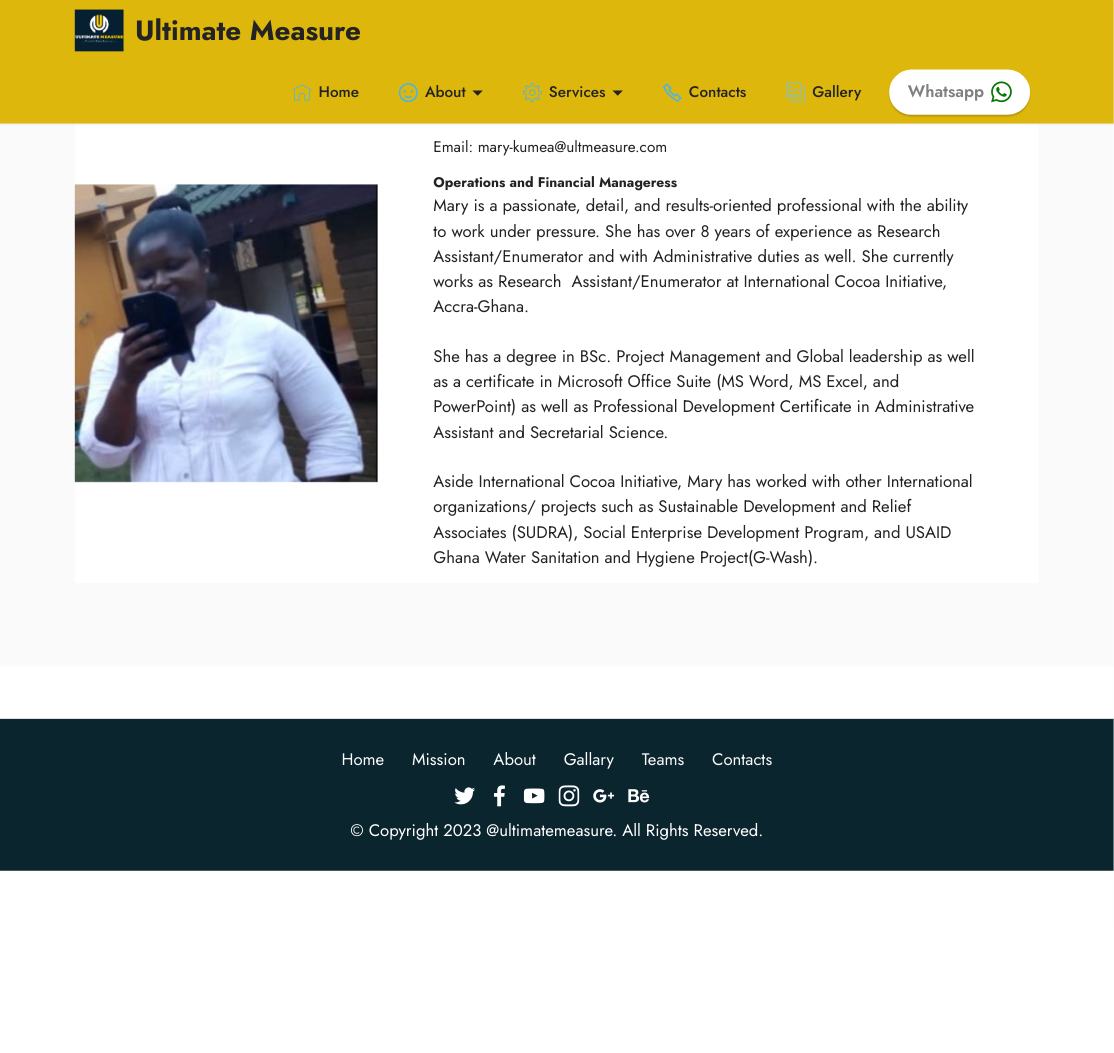
Repository: Saviour-Dagadu/ultMeasure
Page: page5.html
The author's editor kept a copy of each file at every save. The page is drawn from the files as they stood at one save, then again after a run of saves.
The browser window is 1280 px wide. The pictures show the whole page, at 87% of full size.

Above is the page before, as saved 2023-07-19 06:50:55.

### page5.html
<!DOCTYPE html>
<html  >
<head>
  <!-- Site made with Mobirise Website Builder v5.6.13, https://mobirise.com -->
  <meta charset="UTF-8">
  <meta http-equiv="X-UA-Compatible" content="IE=edge">
  <meta name="generator" content="Mobirise v5.6.13, mobirise.com">
  <meta name="twitter:card" content="summary_large_image"/>
  <meta name="twitter:image:src" content="">
  <meta property="og:image" content="">
  <meta name="twitter:title" content="UltimateMeasure_Mary_Profile">
  <meta name="viewport" content="width=device-width, initial-scale=1, minimum-scale=1">
  <link rel="shortcut icon" href="assets/images/ultimate-logo-1.jpeg" type="image/x-icon">
  <meta name="description" content="">


  <title>UltimateMeasure_Mary_Profile</title>
  <link rel="stylesheet" href="assets/web/assets/mobirise-icons2/mobirise2.css">
  <link rel="stylesheet" href="assets/web/assets/mobirise-icons/mobirise-icons.css">
  <link rel="stylesheet" href="assets/bootstrap/css/bootstrap.min.css">
  <link rel="stylesheet" href="assets/bootstrap/css/bootstrap-grid.min.css">
  <link rel="stylesheet" href="assets/bootstrap/css/bootstrap-reboot.min.css">
  <link rel="stylesheet" href="assets/animatecss/animate.css">
  <link rel="stylesheet" href="assets/dropdown/css/style.css">
  <link rel="stylesheet" href="assets/socicon/css/styles.css">
  <link rel="stylesheet" href="assets/theme/css/style.css">
  <link rel="preload" href="https://fonts.googleapis.com/css?family=Jost:100,200,300,400,500,600,700,800,900,100i,200i,300i,400i,500i,600i,700i,800i,900i&display=swap" as="style" onload="this.onload=null;this.rel='stylesheet'">
  <noscript><link rel="stylesheet" href="https://fonts.googleapis.com/css?family=Jost:100,200,300,400,500,600,700,800,900,100i,200i,300i,400i,500i,600i,700i,800i,900i&display=swap"></noscript>
  <link rel="preload" as="style" href="assets/mobirise/css/mbr-additional.css"><link rel="stylesheet" href="assets/mobirise/css/mbr-additional.css" type="text/css">




</head>
<body>

  <section data-bs-version="5.1" class="team2 cid-twdhNmODOZ" xmlns="http://www.w3.org/1999/html" id="team2-h">




    <div class="container">
        <div class="card">
            <div class="card-wrapper">
                <div class="row align-items-center">
                    <div class="col-12 col-md-4">
                        <div class="image-wrapper">
                            <img src="assets/images/mary-5.jpeg" alt="Mobirise Website Builder">
                        </div>
                    </div>
                    <div class="col-12 col-md">
                        <div class="card-box">
                            <h5 class="card-title mbr-fonts-style m-0 mb-3 display-5"><strong>Mary Kumea</strong></h5>
                            <h6 class="card-subtitle mbr-fonts-style mb-3 display-4">Email: mary-kumea@ultmeasure.com</h6>
<div><strong>Operations and Financial Manageress&nbsp;</strong></div></h6>
                            <p class="mbr-text mbr-fonts-style display-7">Mary is a passionate, detail, and results-oriented professional with the ability to work under pressure. She has over 8 years of experience as Research Assistant/Enumerator and with Administrative duties as well. She currently works as Research&nbsp; Assistant/Enumerator at International Cocoa Initiative, Accra-Ghana.&nbsp;<br><br>She has a degree in BSc. Project Management and Global leadership as well as a certificate in Microsoft Office Suite (MS Word, MS Excel, and PowerPoint) as well as Professional Development Certificate in Administrative Assistant and Secretarial Science.<br><br>Aside International Cocoa Initiative, Mary has worked with other International organizations/ projects such as Sustainable Development and Relief Associates (SUDRA), Social Enterprise Development Program, and USAID Ghana Water Sanitation and Hygiene Project(G-Wash).</p>

                        </div>
                    </div>
                </div>
            </div>
        </div>


    </div>
</section>

<section data-bs-version="5.1" class="menu menu2 cid-tyiJ5LKivl" once="menu" id="menu2-3p">

    <nav class="navbar navbar-dropdown navbar-fixed-top navbar-expand-lg">
        <div class="container">
            <div class="navbar-brand">
                <span class="navbar-logo">
                    <a href="index.html#header14-1f">
                        <img src="assets/images/ultimate-logo-1.jpeg" alt="Mobirise Website Builder" style="height: 3rem;">
                    </a>
                </span>
                <span class="navbar-caption-wrap"><a class="navbar-caption text-black text-primary display-5" href="index.html#header14-1f">Ultimate Measure<br></a></span>
            </div>
            <button class="navbar-toggler" type="button" data-toggle="collapse" data-bs-toggle="collapse" data-target="#navbarSupportedContent" data-bs-target="#navbarSupportedContent" aria-controls="navbarNavAltMarkup" aria-expanded="false" aria-label="Toggle navigation">
                <div class="hamburger">
                    <span></span>
                    <span></span>
                    <span></span>
                    <span></span>
                </div>
            </button>
            <div class="collapse navbar-collapse" id="navbarSupportedContent">
                <ul class="navbar-nav nav-dropdown" data-app-modern-menu="true"><li class="nav-item"><a class="nav-link link text-black text-primary display-4" href="index.html#header14-1f"><span class="mbri-home mbr-iconfont mbr-iconfont-btn" style="color: rgb(71, 181, 237);"></span>Home</a></li>
                    <li class="nav-item dropdown"><a class="nav-link link text-black dropdown-toggle display-4" href="index.html#header14-1j" data-toggle="dropdown-submenu" data-bs-toggle="dropdown" data-bs-auto-close="outside" aria-expanded="false"><span class="mobi-mbri mobi-mbri-smile-face mbr-iconfont mbr-iconfont-btn" style="color: rgb(71, 181, 237);"></span>About</a><div class="dropdown-menu" aria-labelledby="dropdown-980"><a class="text-black dropdown-item text-primary display-4" href="page10.html">About Us</a><a class="text-black show dropdown-item text-primary display-4" href="page12.html">Mission</a><a class="text-black dropdown-item text-primary display-4" href="page12.html">Vission</a><a class="text-black show dropdown-item text-primary display-4" href="page11.html">Our Team</a></div></li>
                    <li class="nav-item dropdown"><a class="nav-link link text-black text-primary dropdown-toggle display-4" href="page6.html" data-toggle="dropdown-submenu" data-bs-toggle="dropdown" data-bs-auto-close="outside" aria-expanded="false"><span class="mbri-setting3 mbr-iconfont mbr-iconfont-btn" style="color: rgb(71, 181, 237);"></span>Services</a><div class="dropdown-menu" aria-labelledby="dropdown-109"><a class="text-black text-primary show dropdown-item display-4" href="page6.html">Our Services</a><a class="text-black text-primary dropdown-item display-4" href="page13.html">Training</a><a class="text-black text-primary show dropdown-item display-4" href="page13.html">Research</a></div></li><li class="nav-item"><a class="nav-link link text-black text-primary display-4" href="page7.html"><span class="mobi-mbri mobi-mbri-phone mbr-iconfont mbr-iconfont-btn" style="color: rgb(71, 181, 237);"></span>Contacts</a></li><li class="nav-item"><a class="nav-link link text-black text-primary display-4" href="page9.html"><span class="mbri-photos mbr-iconfont mbr-iconfont-btn" style="color: rgb(110, 199, 242);"></span>Gallery</a></li></ul>

                <div class="navbar-buttons mbr-section-btn"><a class="btn btn-primary display-7" href="https://wa.me/233577313517"><span class="socicon socicon-whatsapp mbr-iconfont mbr-iconfont-btn" style="color: rgb(10, 119, 5);"></span>Whatsapp</a></div>
            </div>
        </div>
    </nav>
</section>

<section data-bs-version="5.1" class="footer3 cid-tyiUsSvvE8" once="footers" id="footer3-3x">





    <div class="container-fluid">
        <div class="row align-center mbr-white">
            <div class="row row-links">
                <ul class="foot-menu">





                <li class="foot-menu-item mbr-fonts-style display-7"><a href="index.html#header14-1f" class="text-white text-primary">Home</a></li><li class="foot-menu-item mbr-fonts-style display-7"><a href="page12.html" class="text-primary">Mission</a></li><li class="foot-menu-item mbr-fonts-style display-7"><a href="page10.html" class="text-white text-primary">About</a></li><li class="foot-menu-item mbr-fonts-style display-7"><a href="page9.html" class="text-primary">Gallary</a></li><li class="foot-menu-item mbr-fonts-style display-7"><a href="page11.html" class="text-white text-primary">Teams</a></li><li class="foot-menu-item mbr-fonts-style display-7"><a href="page7.html" class="text-white text-primary">Contacts</a></li></ul>
            </div>
            <div class="row social-row">
                <div class="social-list align-right pb-2">






                <div class="soc-item">
                        <a href="https://twitter.com/ultmeasure" target="_blank">
                            <span class="mbr-iconfont mbr-iconfont-social socicon-twitter socicon"></span>
                        </a>
                    </div><div class="soc-item">
                        <a href="https://www.facebook.com" target="_blank">
                            <span class="mbr-iconfont mbr-iconfont-social socicon-facebook socicon"></span>
                        </a>
                    </div><div class="soc-item">
                        <a href="https://www.youtube.com" target="_blank">
                            <span class="mbr-iconfont mbr-iconfont-social socicon-youtube socicon"></span>
                        </a>
                    </div><div class="soc-item">
                        <a href="https://instagram.com" target="_blank">
                            <span class="mbr-iconfont mbr-iconfont-social socicon-instagram socicon"></span>
                        </a>
                    </div><div class="soc-item">
                        <a href="https://plus.google.com" target="_blank">
                            <span class="mbr-iconfont mbr-iconfont-social socicon-googleplus socicon"></span>
                        </a>
                    </div><div class="soc-item">
                        <a href="https://www.behance.net" target="_blank">
                            <span class="mbr-iconfont mbr-iconfont-social socicon-behance socicon"></span>
                        </a>
                    </div></div>
            </div>
            <div class="row row-copirayt">
                <p class="mbr-text mb-0 mbr-fonts-style mbr-white align-center display-7">
                    © Copyright 2023 @ultimatemeasure. All Rights Reserved.
                </p>
            </div>
        </div>
    </div>
</section><section class="display-7" style="padding: 0;align-items: center;justify-content: center;flex-wrap: wrap;    align-content: center;display: flex;position: relative;height: 4rem;"><a href="https://mobiri.se/2735054" style="flex: 1 1;height: 4rem;position: absolute;width: 100%;z-index: 1;"><img alt="" style="height: 4rem;" src="data:[embedded picture, 82 characters]"></a><p style="margin: 0;text-align: center;" class="display-7">&#8204;</p><a style="z-index:1" href="https://mobirise.com"></a></section><script src="assets/bootstrap/js/bootstrap.bundle.min.js"></script>  <script src="assets/smoothscroll/smooth-scroll.js"></script>  <script src="assets/ytplayer/index.js"></script>  <script src="assets/dropdown/js/navbar-dropdown.js"></script>  <script src="assets/theme/js/script.js"></script>


  <input name="animation" type="hidden">
  </body>
</html>

### assets/web/assets/mobirise-icons/mobirise-icons.css
@font-face {
  font-family: 'MobiriseIcons';
  src:  url('mobirise-icons.eot?spat4u');
  src:  url('mobirise-icons.eot?spat4u#iefix') format('embedded-opentype'),
    url('mobirise-icons.ttf?spat4u') format('truetype'),
    url('mobirise-icons.woff?spat4u') format('woff'),
    url('mobirise-icons.svg?spat4u#MobiriseIcons') format('svg');
  font-weight: normal;
  font-style: normal;
  font-display: swap;
}

[class^="mbri-"], [class*=" mbri-"] {
  /* use !important to prevent issues with browser extensions that change fonts */
  font-family: MobiriseIcons !important;
  speak: none;
  font-style: normal;
  font-weight: normal;
  font-variant: normal;
  text-transform: none;
  line-height: 1;

  /* Better Font Rendering =========== */
  -webkit-font-smoothing: antialiased;
  -moz-osx-font-smoothing: grayscale;
}

.mbri-add-submenu:before {
  content: "\e900";
}
.mbri-alert:before {
  content: "\e901";
}
.mbri-align-center:before {
  content: "\e902";
}
.mbri-align-justify:before {
  content: "\e903";
}
.mbri-align-left:before {
  content: "\e904";
}
.mbri-align-right:before {
  content: "\e905";
}
.mbri-android:before {
  content: "\e906";
}
.mbri-apple:before {
  content: "\e907";
}
.mbri-arrow-down:before {
  content: "\e908";
}
.mbri-arrow-next:before {
  content: "\e909";
}
.mbri-arrow-prev:before {
  content: "\e90a";
}
.mbri-arrow-up:before {
  content: "\e90b";
}
.mbri-bold:before {
  content: "\e90c";
}
.mbri-bookmark:before {
  content: "\e90d";
}
.mbri-bootstrap:before {
  content: "\e90e";
}
.mbri-briefcase:before {
  content: "\e90f";
}
.mbri-browse:before {
  content: "\e910";
}
.mbri-bulleted-list:before {
  content: "\e911";
}
.mbri-calendar:before {
  content: "\e912";
}
.mbri-camera:before {
  content: "\e913";
}
.mbri-cart-add:before {
  content: "\e914";
}
.mbri-cart-full:before {
  content: "\e915";
}
.mbri-cash:before {
  content: "\e916";
}
.mbri-change-style:before {
  content: "\e917";
}
.mbri-chat:before {
  content: "\e918";
}
.mbri-clock:before {
  content: "\e919";
}
.mbri-close:before {
  content: "\e91a";
}
.mbri-cloud:before {
  content: "\e91b";
}
.mbri-code:before {
  content: "\e91c";
}
.mbri-contact-form:before {
  content: "\e91d";
}
.mbri-credit-card:before {
  content: "\e91e";
}
.mbri-cursor-click:before {
  content: "\e91f";
}
.mbri-cust-feedback:before {
  content: "\e920";
}
.mbri-database:before {
  content: "\e921";
}
.mbri-delivery:before {
  content: "\e922";
}
.mbri-desktop:before {
  content: "\e923";
}
.mbri-devices:before {
  content: "\e924";
}
.mbri-down:before {
  content: "\e925";
}
.mbri-download:before {
  content: "\e989";
}
.mbri-drag-n-drop:before {
  content: "\e927";
}
.mbri-drag-n-drop2:before {
  content: "\e928";
}
.mbri-edit:before {
  content: "\e929";
}
.mbri-edit2:before {
  content: "\e92a";
}
.mbri-error:before {
  content: "\e92b";
}
.mbri-extension:before {
  content: "\e92c";
}
.mbri-features:before {
  content: "\e92d";
}
.mbri-file:before {
  content: "\e92e";
}
.mbri-flag:before {
  content: "\e92f";
}
.mbri-folder:before {
  content: "\e930";
}
.mbri-gift:before {
  content: "\e931";
}
.mbri-github:before {
  content: "\e932";
}
.mbri-globe:before {
  content: "\e933";
}
.mbri-globe-2:before {
  content: "\e934";
}
.mbri-growing-chart:before {
  content: "\e935";
}
.mbri-hearth:before {
  content: "\e936";
}
.mbri-help:before {
  content: "\e937";
}
.mbri-home:before {
  content: "\e938";
}
.mbri-hot-cup:before {
  content: "\e939";
}
.mbri-idea:before {
  content: "\e93a";
}
.mbri-image-gallery:before {
  content: "\e93b";
}
.mbri-image-slider:before {
  content: "\e93c";
}
.mbri-info:before {
  content: "\e93d";
}
.mbri-italic:before {
  content: "\e93e";
}
.mbri-key:before {
  content: "\e93f";
}
.mbri-laptop:before {
  content: "\e940";
}
.mbri-layers:before {
  content: "\e941";
}
.mbri-left-right:before {
  content: "\e942";
}
.mbri-left:before {
  content: "\e943";
}
.mbri-letter:before {
  content: "\e944";
}
.mbri-like:before {
  content: "\e945";
}
.mbri-link:before {
  content: "\e946";
}
.mbri-lock:before {
  content: "\e947";
}
.mbri-login:before {
  content: "\e948";
}
.mbri-logout:before {
  content: "\e949";
}
.mbri-magic-stick:before {
  content: "\e94a";
}
.mbri-map-pin:before {
  content: "\e94b";
}
.mbri-menu:before {
  content: "\e94c";
}
.mbri-mobile:before {
  content: "\e94d";
}
.mbri-mobile2:before {
  content: "\e94e";
}
.mbri-mobirise:before {
  content: "\e94f";
}
.mbri-more-horizontal:before {
  content: "\e950";
}
.mbri-more-vertical:before {
  content: "\e951";
}
.mbri-music:before {
  content: "\e952";
}
.mbri-new-file:before {
  content: "\e953";
}
.mbri-numbered-list:before {
  content: "\e954";
}
.mbri-opened-folder:before {
  content: "\e955";
}
.mbri-pages:before {
  content: "\e956";
}
.mbri-paper-plane:before {
  content: "\e957";
}
.mbri-paperclip:before {
  content: "\e958";
}
.mbri-photo:before {
  content: "\e959";
}
.mbri-photos:before {
  content: "\e95a";
}
.mbri-pin:before {
  content: "\e95b";
}
.mbri-play:before {
  content: "\e95c";
}
.mbri-plus:before {
  content: "\e95d";
}
.mbri-preview:before {
  content: "\e95e";
}
.mbri-print:before {
  content: "\e95f";
}
.mbri-protect:before {
  content: "\e960";
}
.mbri-question:before {
  content: "\e961";
}
.mbri-quote-left:before {
  content: "\e962";
}
.mbri-quote-right:before {
  content: "\e963";
}
.mbri-refresh:before {
  content: "\e964";
}
.mbri-responsive:before {
  content: "\e965";
}
.mbri-right:before {
  content: "\e966";
}
.mbri-rocket:before {
  content: "\e967";
}
.mbri-sad-face:before {
  content: "\e968";
}
.mbri-sale:before {
  content: "\e969";
}
.mbri-save:before {
  content: "\e96a";
}
.mbri-search:before {
  content: "\e96b";
}
.mbri-setting:before {
  content: "\e96c";
}
.mbri-setting2:before {
  content: "\e96d";
}
.mbri-setting3:before {
  content: "\e96e";
}
.mbri-share:before {
  content: "\e96f";
}
.mbri-shopping-bag:before {
  content: "\e970";
}
.mbri-shopping-basket:before {
  content: "\e971";
}
.mbri-shopping-cart:before {
  content: "\e972";
}
.mbri-sites:before {
  content: "\e973";
}
.mbri-smile-face:before {
  content: "\e974";
}
.mbri-speed:before {
  content: "\e975";
}
.mbri-star:before {
  content: "\e976";
}
.mbri-success:before {
  content: "\e977";
}
.mbri-sun:before {
  content: "\e978";
}
.mbri-sun2:before {
  content: "\e979";
}
.mbri-tablet:before {
  content: "\e97a";
}
.mbri-tablet-vertical:before {
  content: "\e97b";
}
.mbri-target:before {
  content: "\e97c";
}
.mbri-timer:before {
  content: "\e97d";
}
.mbri-to-ftp:before {
  content: "\e97e";
}
.mbri-to-local-drive:before {
  content: "\e97f";
}
.mbri-touch-swipe:before {
  content: "\e980";
}
.mbri-touch:before {
  content: "\e981";
}
.mbri-trash:before {
  content: "\e982";
}
.mbri-underline:before {
  content: "\e983";
}
.mbri-unlink:before {
  content: "\e984";
}
.mbri-unlock:before {
  content: "\e985";
}
.mbri-up-down:before {
  content: "\e986";
}
.mbri-up:before {
  content: "\e987";
}
.mbri-update:before {
  content: "\e988";
}
.mbri-upload:before {
 content: "\e926";
}
.mbri-user:before {
  content: "\e98a";
}
.mbri-user2:before {
  content: "\e98b";
}
.mbri-users:before {
  content: "\e98c";
}
.mbri-video:before {
  content: "\e98d";
}
.mbri-video-play:before {
  content: "\e98e";
}
.mbri-watch:before {
  content: "\e98f";
}
.mbri-website-theme:before {
  content: "\e990";
}
.mbri-wifi:before {
  content: "\e991";
}
.mbri-windows:before {
  content: "\e992";
}
.mbri-zoom-out:before {
  content: "\e993";
}
.mbri-redo:before {
  content: "\e994";
}
.mbri-undo:before {
  content: "\e995";
}

Loaded but not shown: assets/bootstrap/css/bootstrap.min.css (library); assets/bootstrap/css/bootstrap-grid.min.css (library); assets/bootstrap/css/bootstrap-reboot.min.css (library); assets/animatecss/animate.css (library); assets/mobirise/css/mbr-additional.css (library); assets/bootstrap/js/bootstrap.bundle.min.js (library); assets/smoothscroll/smooth-scroll.js (library); assets/ytplayer/index.js (library); assets/theme/js/script.js (library); assets/dropdown/js/navbar-dropdown.js (7 lines, source omitted); assets/socicon/css/styles.css (934 lines, source omitted); assets/theme/css/style.css (961 lines, source omitted); assets/web/assets/mobirise-icons2/mobirise2.css (498 lines, source omitted); assets/dropdown/css/style.css (263 lines, source omitted)

After the next 2 saves:
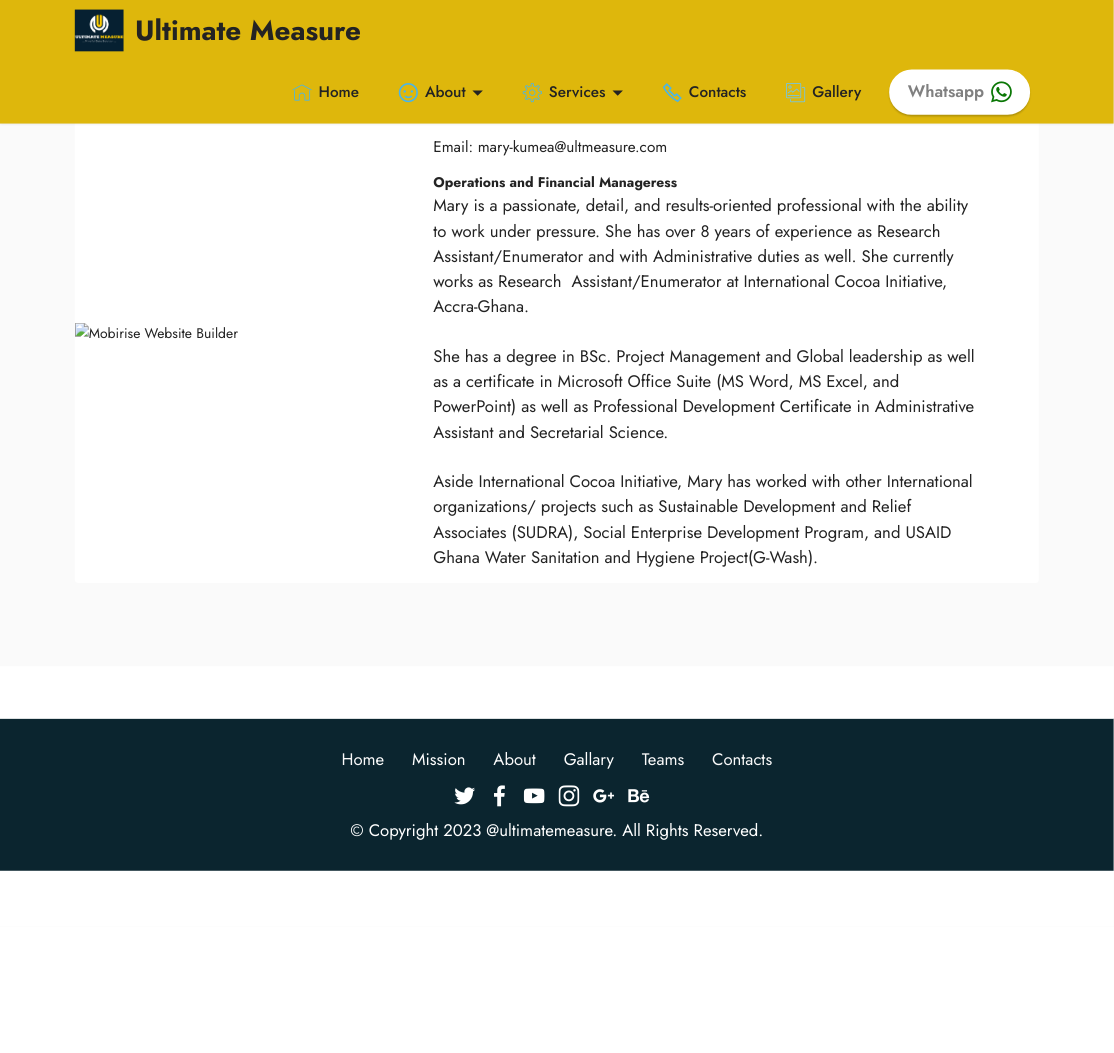
Not found: assets/images/marY
The 2 saves are shown as one change because they came seconds apart.
The last was saved 12 s later.
--- a/page5.html
+++ b/page5.html
@@ -45,7 +45,7 @@
                 <div class="row align-items-center">
                     <div class="col-12 col-md-4">
                         <div class="image-wrapper">
-                            <img src="assets/images/mary-5.jpeg" alt="Mobirise Website Builder">
+                            <img src="assets/images/marY" alt="Mobirise Website Builder">
                         </div>
                     </div>
                     <div class="col-12 col-md">
